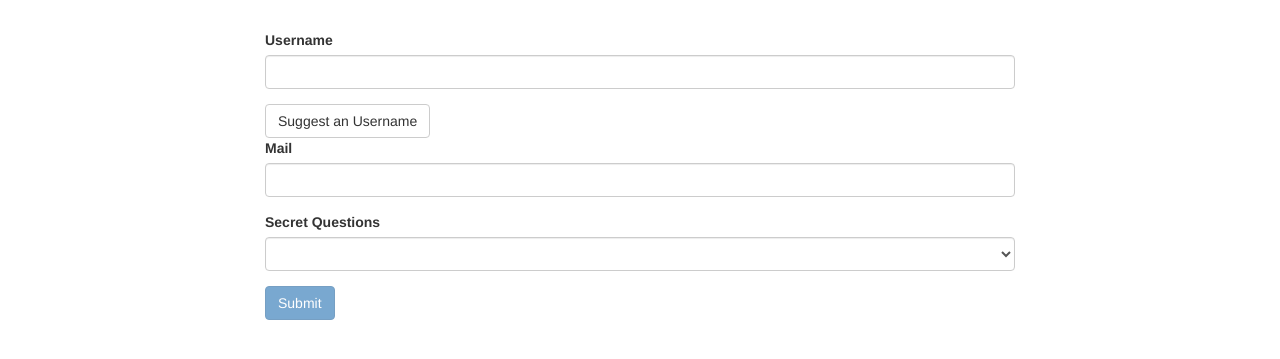
Repository: NikitasX/AngularCourse
Page: / (app in forms-start/)
The author's editor kept a copy of each file at every save. The page is drawn from the files as they stood at one save, then again after the next save.
The browser window is 1280 px wide. The pictures show the whole page.
The project was rebuilt for these pictures with package versions that can differ from the ones it lists, and the page was loaded fresh each time. Also part of the build but not shown: forms-start/angular.json.

Above is the page before, as saved 2020-09-25 15:41:55.

### forms-start/src/app/app.component.ts
import { Component, ViewChild } from '@angular/core';
import { NgForm } from '@angular/forms';

@Component({
  selector: 'app-root',
  templateUrl: './app.component.html',
  styleUrls: ['./app.component.css']
})
export class AppComponent {
@ViewChild('f') signupForm:NgForm;
defaultQuestion = 'pet';

  suggestUserName() {
    const suggestedName = 'Superuser';
  }

  // onSubmit(form: NgForm) {
  //   console.log(form);
  // }

  onSubmit() {
    console.log(this.signupForm);
  }
}

### forms-start/src/app/app.component.html
<div class="container">
  <div class="row">
    <div class="col-xs-12 col-sm-10 col-md-8 col-sm-offset-1 col-md-offset-2">
      <form (ngSubmit)="onSubmit()" #f="ngForm">
        <div id="user-data">
          <div class="form-group">
            <label for="username">Username</label>
            <input
              type="text"
              id="username"
              class="form-control"
              ngModel
              name="username"
              required>
          </div>
          <button class="btn btn-default" type="button">Suggest an Username</button>
          <div class="form-group">
            <label for="email">Mail</label>
            <input
              type="email"
              id="email"
              class="form-control"
              ngModel
              name="email"
              required
              email
              #email="ngModel">
             <span
              class="help-block"
              *ngIf="!email.valid && email.touched">
                Please enter a valid email!
              </span>
          </div>
        </div>
        <div class="form-group">
          <label for="secret">Secret Questions</label>
          <select
            id="secret"
            class="form-control"
            [ngModel]=""
            name="secret">
            <option value="pet">Your first Pet?</option>
            <option value="teacher">Your first teacher?</option>
          </select>
        </div>
        <button
          class="btn btn-primary"
          type="submit"
          [disabled]="!f.valid">Submit</button>
      </form>
    </div>
  </div>
</div>

Loaded but not shown: forms-start/src/index.html (common file); forms-start/src/styles.css (common file); forms-start/src/main.ts (common file); forms-start/src/app/app.module.ts (common file); forms-start/src/environments/environment.ts (common file); forms-start/src/app/app.component.css (common file)

After the next save:
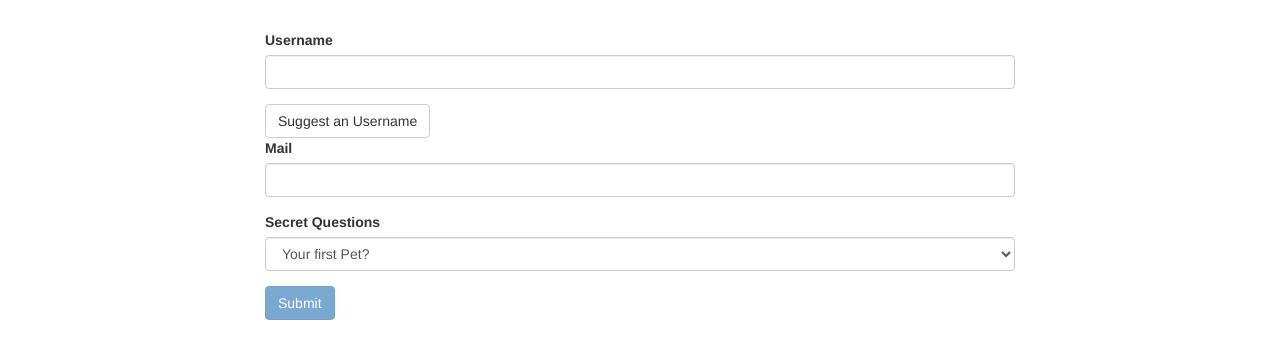
Saved 6 s later.
--- a/forms-start/src/app/app.component.html
+++ b/forms-start/src/app/app.component.html
@@ -37,7 +37,7 @@
           <select
             id="secret"
             class="form-control"
-            [ngModel]=""
+            [ngModel]="defaultQuestion"
             name="secret">
             <option value="pet">Your first Pet?</option>
             <option value="teacher">Your first teacher?</option>
